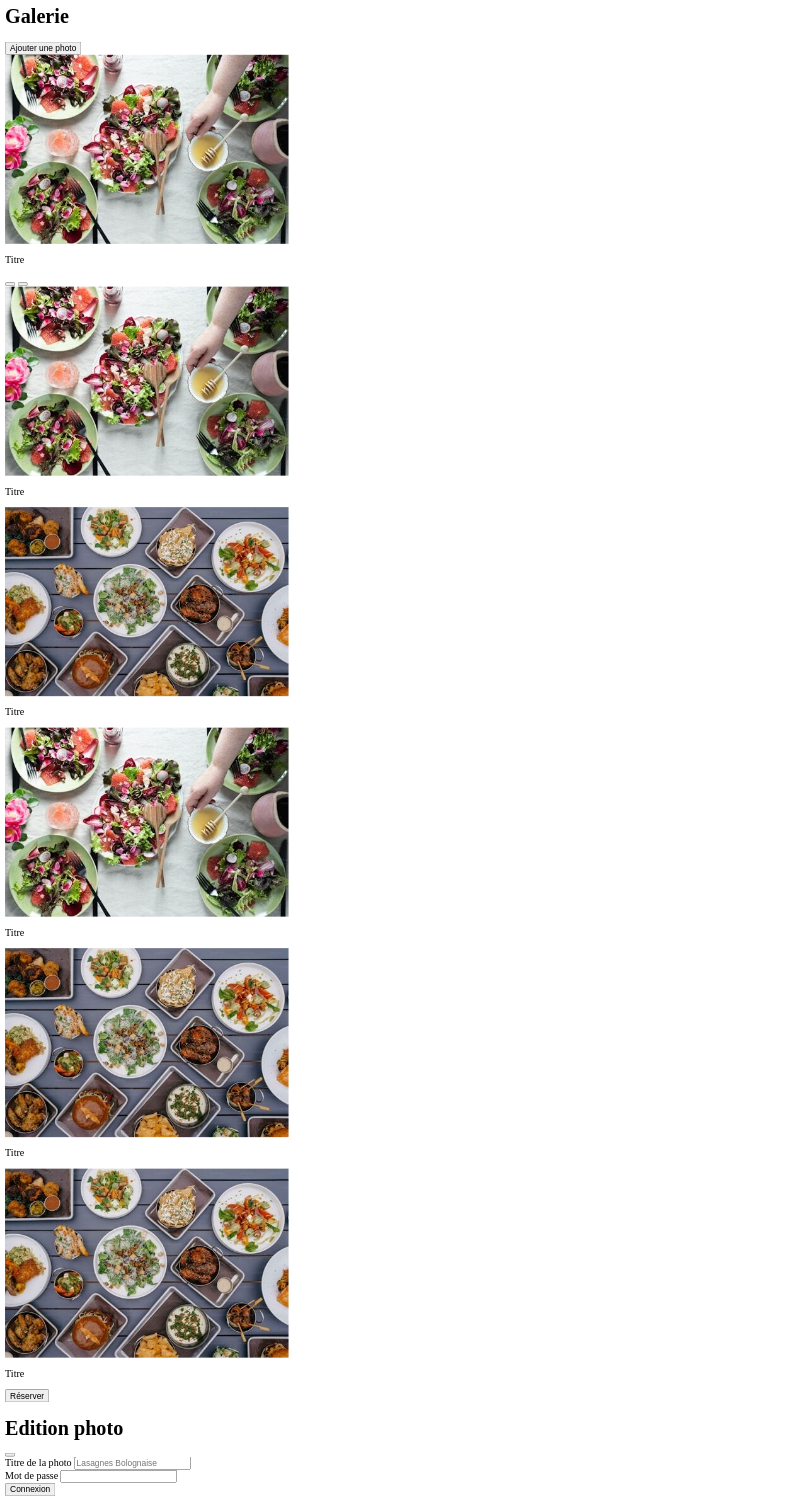
Repository: lemonhao9/QuaiAntiqueRestaurantFront
Page: pages/galerie.html
The author's editor kept a copy of each file at every save. The page is drawn from the files as they stood at one save, then again after the next save.
The browser window is 1280 px wide. The pictures show the whole page, at 63% of full size.

Above is the page before, as saved 2025-01-24 14:50:47.

### pages/galerie.html
<div class="hero-scene text-center text-white">
    <div class="hero-scene-content">
            <h1>Galerie</h1>
    </div>
</div>

<div class="container">
    <div class="text-center">
        <button type="button" class="btn btn-primary" data-bs-toggle="modal" data-bs-target="#EditionPhotoModal">Ajouter une photo</button>
    </div>
    <div class="row row-cols-2 row-cols-lg-3">
        <div class="col p-3">
            <div class="image-card text-white">
                <img src="../images/platGalerie5.jpg" alt="platGalerie1" class="rounded w-100">
                <p class="titre-image">Titre</p>
                <div class="action-image-buttons">
                    <button type="button" class="btn btn-outline-light"><i class="bi bi-pencil-square"></i></button>
                    <button type="button" class="btn btn-outline-light"><i class="bi bi-trash"></i></button>
                </div>
            </div>
        </div>
        <div class="col p-3">
            <div class="image-card text-white">
                <img src="../images/platGalerie5.jpg" alt="platGalerie1" class="rounded w-100">
                <p class="titre-image">Titre</p>
            </div>
        </div>
        <div class="col p-3">
            <div class="image-card text-white">
                <img src="../images/platGalerie3.jpg" alt="platGalerie1" class="rounded w-100">
                <p class="titre-image">Titre</p>
            </div>
        </div>
        <div class="col p-3">
            <div class="image-card text-white">
                <img src="../images/platGalerie5.jpg" alt="platGalerie1" class="rounded w-100">
                <p class="titre-image">Titre</p>
            </div>
        </div>
        <div class="col p-3">
            <div class="image-card text-white">
                <img src="../images/platGalerie3.jpg" alt="platGalerie1" class="rounded w-100">
                <p class="titre-image">Titre</p>
            </div>
        </div>
        <div class="col p-3">
            <div class="image-card text-white">
                <img src="../images/platGalerie3.jpg" alt="platGalerie1" class="rounded w-100">
                <p class="titre-image">Titre</p>
            </div>
        </div>
    </div>
    <div class="text-center">
        <button class="btn btn-primary">Réserver</button>
    </div>
</div>

<!-- Modal -->
<div class="modal fade" id="EditionPhotoModal" tabindex="-1" aria-labelledby="EditionPhotoModal" aria-hidden="true">
    <div class="modal-dialog">
      <div class="modal-content">
        <div class="modal-header">
          <h1 class="modal-title fs-5" id="EditionPhotoModal">Edition photo</h1>
          <button type="button" class="btn-close" data-bs-dismiss="modal" aria-label="Close"></button>
        </div>
        <div class="modal-body">
            <form>
                <div class="mb-3">
                  <label for="NamePhotoInput" class="form-label">Titre de la photo</label>
                  <input type="text" class="form-control" id="NamePhotoInput" placeholder="Lasagnes Bolognaise" name="Email">
                </div>
                <div class="mb-3">
                  <label for="PasswordInput" class="form-label">Mot de passe</label>
                  <input type="password" class="form-control" id="PasswordInput" name="Password">
                </div>
                <div class="text-center">
                    <button type="submit" class="btn btn-primary">Connexion</button>
                </div>
            </form>
        </div>
      </div>
    </div>
  </div>

After the next save:
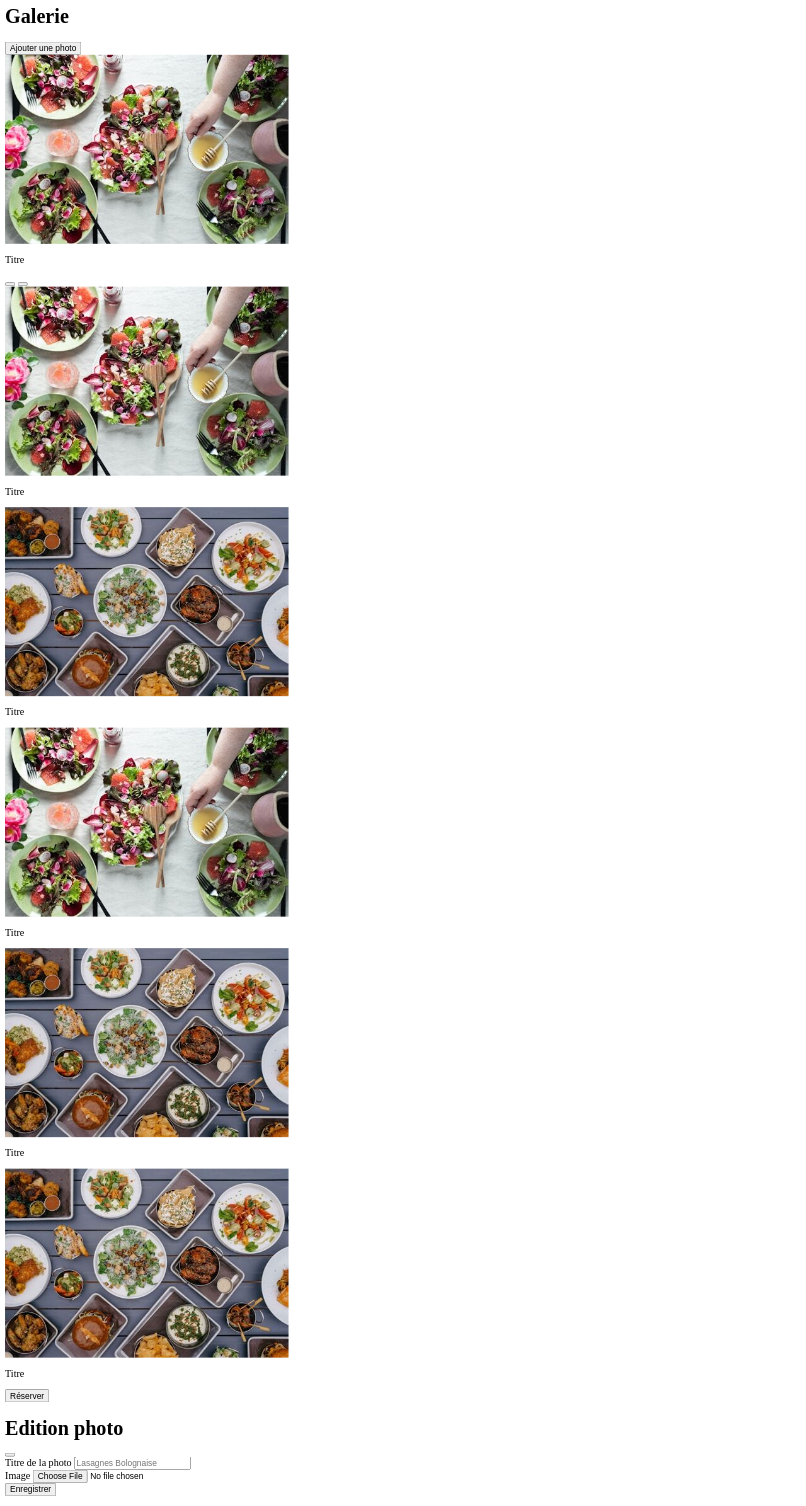
Saved 89 s later.
--- a/pages/galerie.html
+++ b/pages/galerie.html
@@ -67,14 +67,14 @@
             <form>
                 <div class="mb-3">
                   <label for="NamePhotoInput" class="form-label">Titre de la photo</label>
-                  <input type="text" class="form-control" id="NamePhotoInput" placeholder="Lasagnes Bolognaise" name="Email">
+                  <input type="text" class="form-control" id="NamePhotoInput" placeholder="Lasagnes Bolognaise" name="titre-image">
                 </div>
                 <div class="mb-3">
-                  <label for="PasswordInput" class="form-label">Mot de passe</label>
-                  <input type="password" class="form-control" id="PasswordInput" name="Password">
+                  <label for="ImageInput" class="form-label">Image</label>
+                  <input type="file" class="form-control" id="ImageInput" name="Image">
                 </div>
                 <div class="text-center">
-                    <button type="submit" class="btn btn-primary">Connexion</button>
+                    <button type="submit" class="btn btn-primary">Enregistrer</button>
                 </div>
             </form>
         </div>
